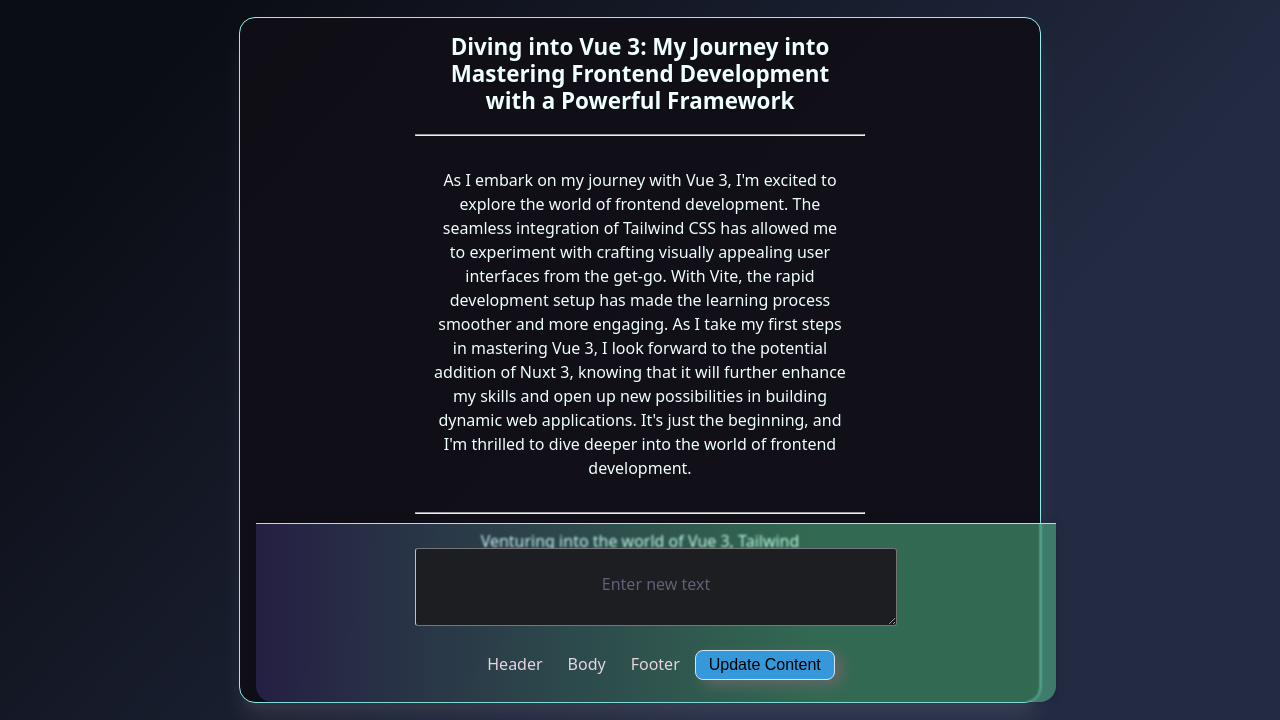
Repository: Freezler/AnnounceCraft
Page: index.html
An editor plug-in stored every save of this project. The page is shown before and after the next save, followed by the edit.
The browser window is 1280 px wide. The pictures show the whole page.

Above is the page before, as saved 2024-01-22 14:30:11.

### index.html
<!DOCTYPE html>
<html lang="en">

<head>
	<meta charset="UTF-8" />
	<meta name="viewport" content="width=device-width, initial-scale=1.0" />
	<title>Shopping List App</title>
	<link rel="stylesheet" href="style.css" />
</head>

<body>
	<section id="shopping-list">

		<div class="choice-box" >
			<textarea v-model="selectedText" type="text" minlength="10" maxlength="40" required
				placeholder="Enter new text"></textarea>
			<div class="radio-container">
				<input class="btn" type="radio" id="header" value="Header" v-model="selectedType"
					@change="updateTempContent">
				<label for="header">Header</label>
				<input class="btn" type="radio" id="body" value="Body" v-model="selectedType"
					@change="updateTempContent">
				<label for="body">Body</label>
				<input class="btn" type="radio" id="footer" value="Footer" v-model="selectedType"
					@change="updateTempContent">
				<label for="footer">Footer</label>
				<button @click="updateText" class="btn">Update Content</button>
			</div>
		</div>
		<div class="content">
			<h1 @click="updateSelectedType('Header'); updateSelectedText(header)">{{ header }}</h1>
			<hr>
			<p @click="updateSelectedType('Body'); updateSelectedText(body)">{{ body }}</p>
			<hr>
			<h4 @click="updateSelectedType('Footer'); updateSelectedText(footer)">{{ footer }}</h4>
		</div>
	</section>
	<script src="https://unpkg.com/vue@3"></script>
	<script src="app.js"></script>
</body>

</html>

### style.css
body {
    margin: 0;
    padding: 0;
    font-family: system-ui, -apple-system, BlinkMacSystemFont, 'Segoe UI', Roboto, Oxygen, Ubuntu, Cantarell, 'Open Sans', 'Helvetica Neue', sans-serif;
    background: linear-gradient(132.1deg, rgb(11, 13, 20) 11.4%, rgb(35, 43, 67) 70.2%);
    color: azure;
    text-align: center;
    height: 100vh;
    display: flex;
    flex-direction: column;
    justify-content: space-evenly;
    align-items: center;

}

section {
    height: 95%;
    border: 0.6px solid #8af1ec;
    border-radius: 16px;
    padding: 0 16px;
    width: 60vw;
    background-color: hsla(255, 21%, 7%, 0.9);
    text-align: center;
    position: absolute;
    box-shadow: rgba(223, 225, 240, 0.1) 0px 20px 25px -5px, rgba(228, 225, 225, 0.05) 0px 10px 10px -5px;
}

h1 {
    font-size: clamp(0.8rem, 2vw, 1.4rem);
    line-height: 1.2;
    padding-bottom: 1.2rem;
    width: 32ch;
    margin: 16px auto -16px;
    word-wrap: pretty;
}

h1:hover {

    transform: scale(1.15);
    color: hsla(219, 87%, 27%, 0.9);
    transition: all 5s cubic-bezier(0.215, 0.610, 0.355, 1);
    text-align: center;

}

h4 {
    font-size: clamp(0.3rem, 2vw, 1rem);
    font-weight: 200;
    width: 35ch;
    vertical-align: top;
    margin: 0 auto;
    margin-bottom: 16px;
    text-align: center;
    word-wrap: balanced;
}

p {
    font-size: clamp(0.6rem, 2vw, 1rem);
    line-height: 1.6;
    width: 45ch;
    line-height: 1.5;
    margin: 0 auto;
    padding: 16px 16px 1rem;
    text-wrap: balance;
    text-align: center;
}

hr {
    margin: 0;
    padding: 0;


    width: 35vw;
    align-self: center;
    margin: 16px;
}

label {
    display: block;
    color: #e6d5e0;
}

.radio-container input[type="radio"] {
    display: none;

}

.radio-container input[type="radio"]:hover {
    background: #b984e8;

}

.radio-container input[type="radio"]+label {
    display: inline-block;
    padding: 5px 10px;

    border-radius: 8px;
    margin-right: 5px;
    cursor: pointer;
}

.radio-container input[type="radio"]:checked+label {
    background-color: #e0e0e0;
    color: rgb(40, 4, 4);
}

.content {
    display: flex;
    flex-direction: column;
    width: 60vw;
    ;
}

.choice-box {
    position: absolute;

    background-position: center;
    background-image: url('https://images.unsplash.com/photo-1515325915697-9279b4f7effc?q=80&w=2532&auto=format&fit=crop&ixlib=rb-4.0.3&ixid=M3wxMjA3fDB8MHxwaG90by1wYWdlfHx8fGVufDB8fHx8fA%3D%3D');
    background: linear-gradient(90deg, hsla(249, 83%, 67%, 0.2), hsla(249, 83%, 67%, 0.2)0 0%, hsla(149, 83%, 67%, 0.4)70%);
    display: flex;
    flex-direction: column;
    gap: 8px;
    justify-content: space-between;
    break-before: always;
    margin: 0rem auto;
    bottom: 0;
    border-top: 0.6px solid #8af1ec;
    border-bottom-left-radius: 16px;
    border-bottom-right-radius: 16px;
    padding-top: 24px;
    padding-bottom: 16px;


    backdrop-filter: blur(1px);

    box-shadow: 0 0 10px rgba(0, 0, 0, 0.2);
    width: calc(60vw + 32px);

    textarea {
        width: 60%;
        color: rgb(233, 232, 243);
        background-color: #1c1e21;
        border-left: 1px solid #64f3b7;
        border-radius: 3px;
        font-size: 16px;
        font-family: system-ui, -apple-system, BlinkMacSystemFont, 'Segoe UI', Roboto, Oxygen, Ubuntu, Cantarell, 'Open Sans', 'Helvetica Neue', sans-serif;
        margin: 0 auto;
       padding: 16px 0px;
       text-align: center;
            justify-content: baseline;
        overflow: hidden;
        outline: none;
        vertical-align: middle;

        &::placeholder {
            color: rgb(97, 96, 118);
            text-align: center;
            justify-content: baseline;
            padding-top: 0.5rem;
        }

        &:focus {
            border-color: #f0f3f6;
            box-shadow: 0 0 0 0.1rem rgba(255, 0, 76, 0.65);
            text-align: center;

        }

        &::valid {
            background-color: #28924b;
        }
    }
}

.btn {
    -webkit-border-radius: 4;
    -moz-border-radius: 4;
    border-radius: 8px;
    -webkit-box-shadow: 7px 5px 13px #666666;
    -moz-box-shadow: 7px 5px 13px #666666;
    box-shadow: 7px 5px 13px #666666;
    color: #000000;
    font-size: 16px;
    background: #3498db;
    padding: 5px 10px;
    border: solid #d0e5f2 1px;
    text-decoration: none;
    width: 140px;
    margin: 1rem auto .4rem;
}

.btn:hover {
    background: #b984e8;
    text-decoration: none;
}

### app.js
const shoppingList = Vue.createApp({
    data() {
        return {
            header: "Diving into Vue 3: My Journey into Mastering Frontend Development with a Powerful Framework",
            body: "As I embark on my journey with Vue 3, I'm excited to explore the world of frontend development. The seamless integration of Tailwind CSS has allowed me to experiment with crafting visually appealing user interfaces from the get-go. With Vite, the rapid development setup has made the learning process smoother and more engaging. As I take my first steps in mastering Vue 3, I look forward to the potential addition of Nuxt 3, knowing that it will further enhance my skills and open up new possibilities in building dynamic web applications. It's just the beginning, and I'm thrilled to dive deeper into the world of frontend development.",
            footer: "Venturing into the world of Vue 3, Tailwind CSS, and Vite. Building the future of web experiences, one line of code at a time.",
            selectedText: "",
            selectedType: "", // Set initial value to ''
            tempContent: { type: "", text: "" } // Temporary object to store selected type and text
        };
    },
    methods: {
        updateTempContent() {
            // Check if there is no selected text
            if (this.selectedText === "") {
                // Show alert message prompting user to enter text first
                alert("Please enter text first");
                this.selectedType = ""; // Reset the selectedType
            } else {
                // If a type is selected, update the tempContent type
                if (this.selectedType !== undefined) {
                    this.tempContent.type = this.selectedType;
                }
                // Update the tempContent text with the selected text
                if (this.selectedText !== undefined) {
                    this.tempContent.text = this.selectedText;
                }
            }
        },

        // Update the text content based on the type of content
        updateText() {
            const { type, text } = this.tempContent; // Destructure type and text from tempContent
            if (type === "Header") { // If the type is Header
                this.header = text; // Set the header content
            } else if (type === "Body") { // If the type is Body
                this.body = text; // Set the body content
            } else if (type === "Footer") { // If the type is Footer
                this.footer = text; // Set the footer content
            }
            this.selectedType = ""; // Reset the selectedType
            this.selectedText = ""; // Reset the selectedText
        }
    }
}).mount("#shopping-list");

After the next save:
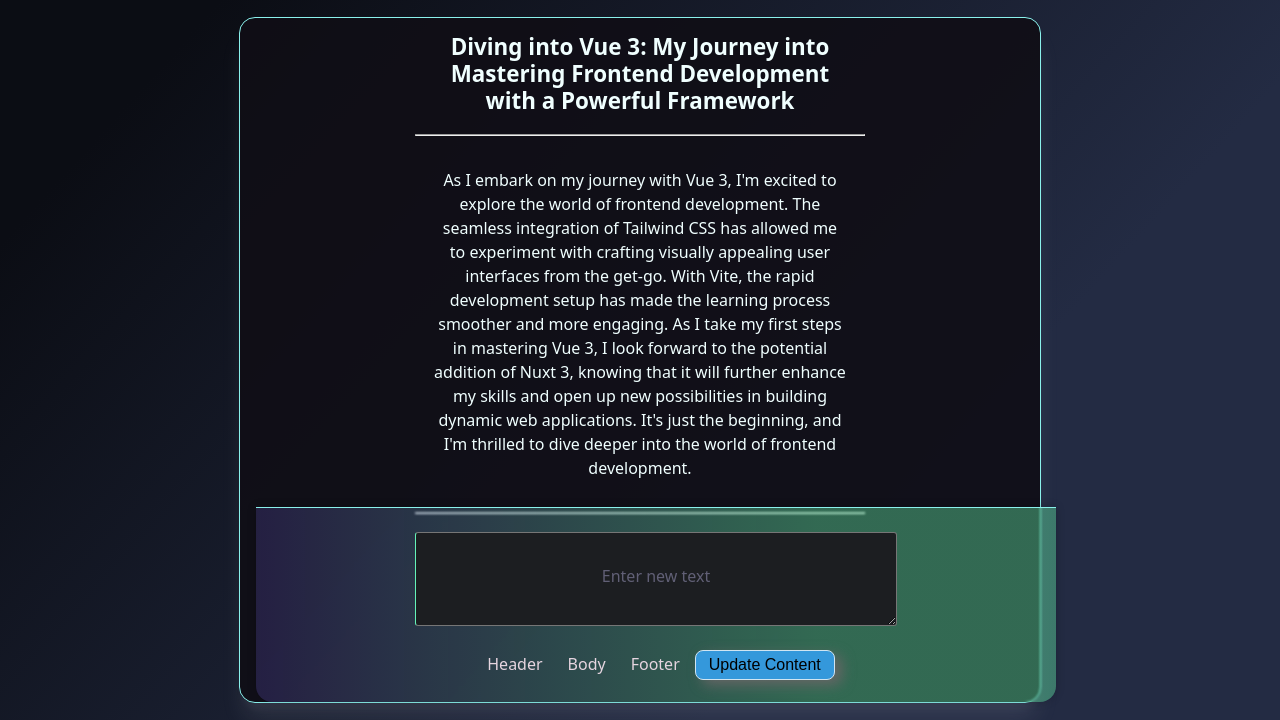
Saved 9 s later.
--- a/style.css
+++ b/style.css
@@ -145,7 +145,7 @@
         font-size: 16px;
         font-family: system-ui, -apple-system, BlinkMacSystemFont, 'Segoe UI', Roboto, Oxygen, Ubuntu, Cantarell, 'Open Sans', 'Helvetica Neue', sans-serif;
         margin: 0 auto;
-       padding: 16px 0px;
+       padding: 24px 0px;
        text-align: center;
             justify-content: baseline;
         overflow: hidden;

After the save that followed:
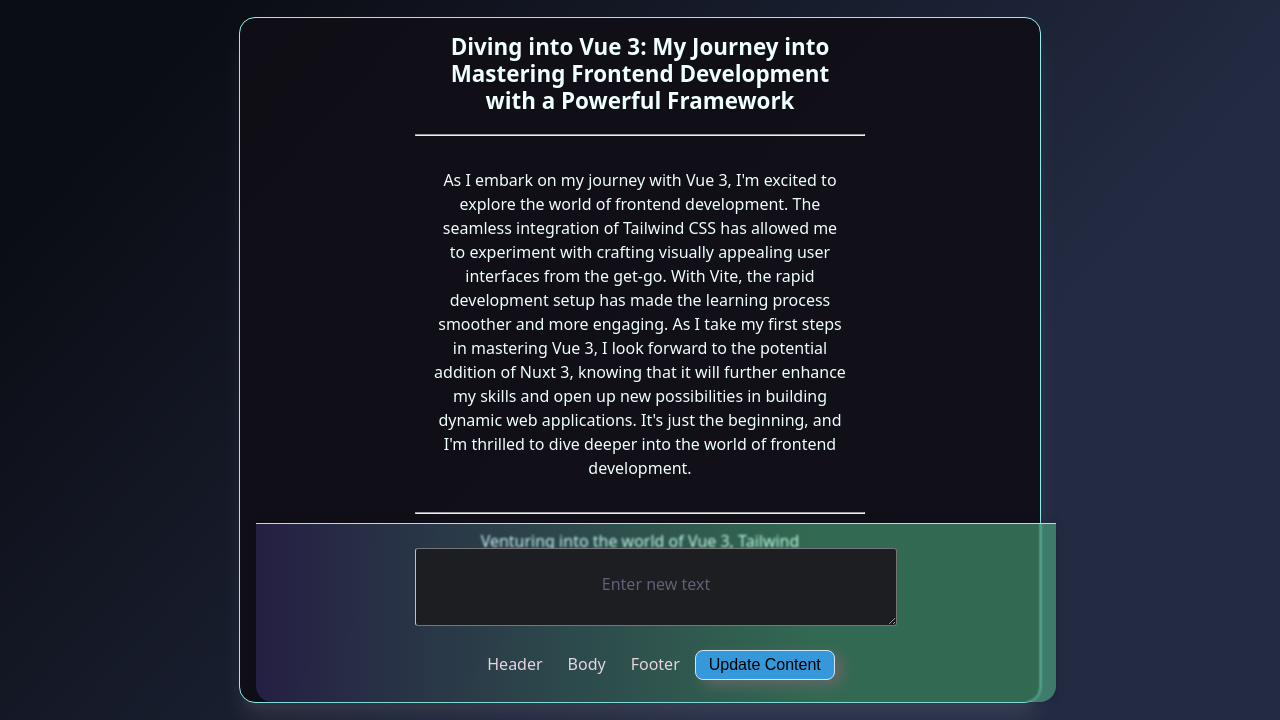
Saved 22 s later.
--- a/style.css
+++ b/style.css
@@ -145,7 +145,7 @@
         font-size: 16px;
         font-family: system-ui, -apple-system, BlinkMacSystemFont, 'Segoe UI', Roboto, Oxygen, Ubuntu, Cantarell, 'Open Sans', 'Helvetica Neue', sans-serif;
         margin: 0 auto;
-       padding: 24px 0px;
+       padding: 16px 0px;
        text-align: center;
             justify-content: baseline;
         overflow: hidden;
